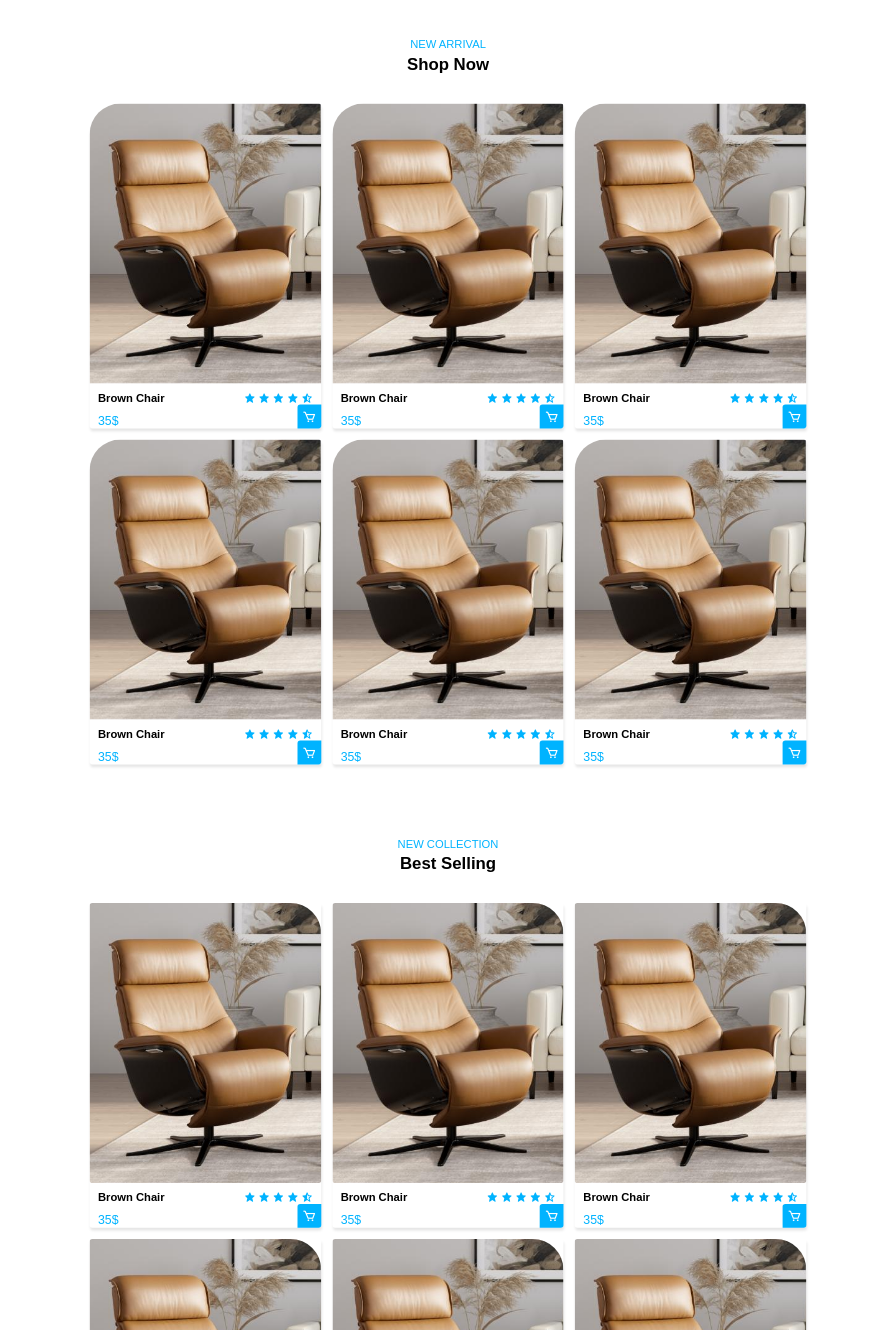
Repository: alishbah7/Choice1
Page: index.html
An editor plug-in stored every save of this project. The page is shown before and after the next save, followed by the edit.
The browser window is 1280 px wide. The pictures show the part of the page from y = 720 to 2620 px (the page is 3729 px tall before and 3725 px after), at 70% of full size.
Backgrounds fixed to the window are drawn as part of the page.

Above is the page before, as saved 2024-11-24 10:47:32.

After the next save:
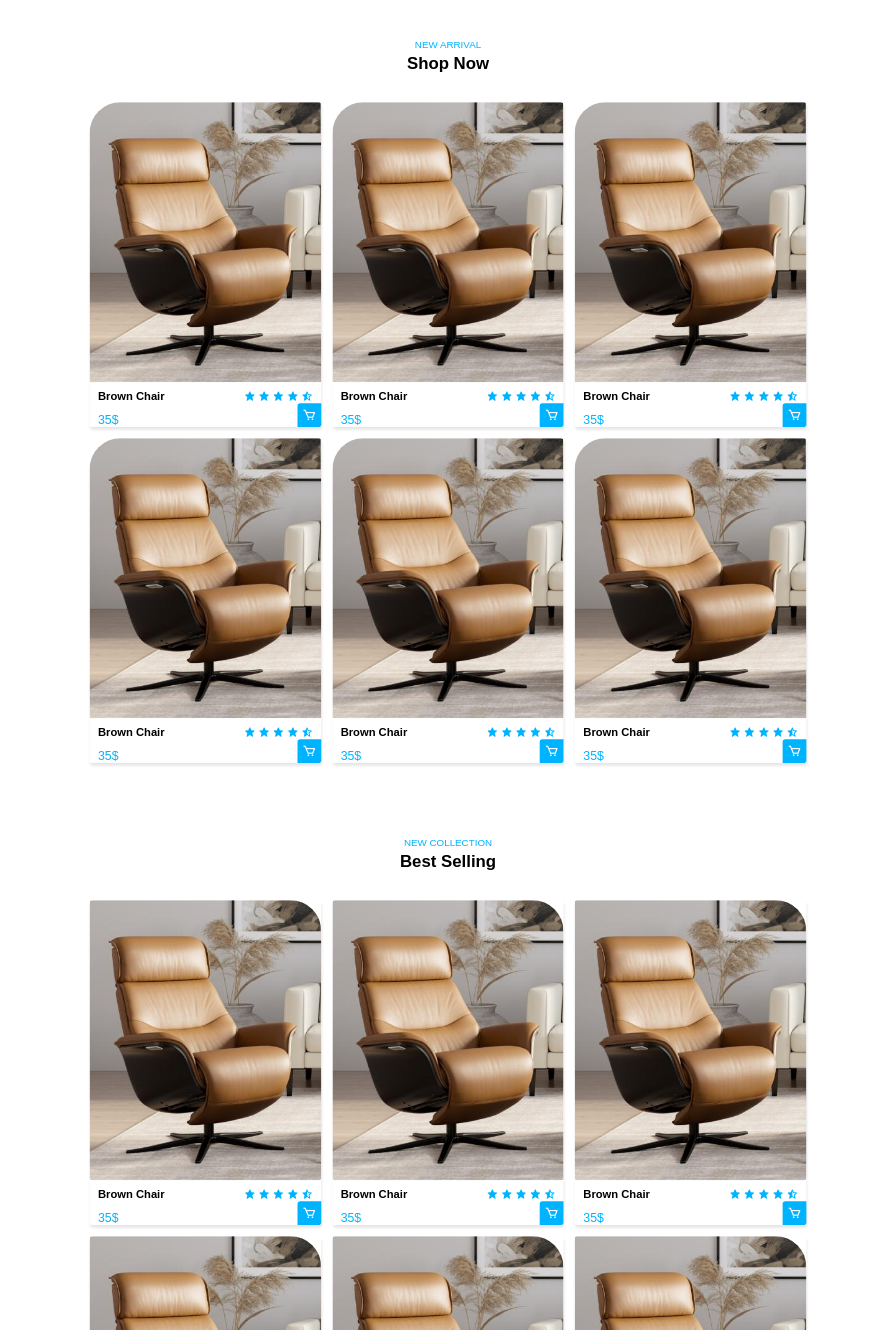
Saved 35 s later.
--- a/style.css
+++ b/style.css
@@ -109,6 +109,8 @@ header{
     justify-content: center;
     color: var(--main-color);
     padding: 5px;
+    font-size: 14px;
+    font-weight: 500;
     text-transform: uppercase;
 }
 
